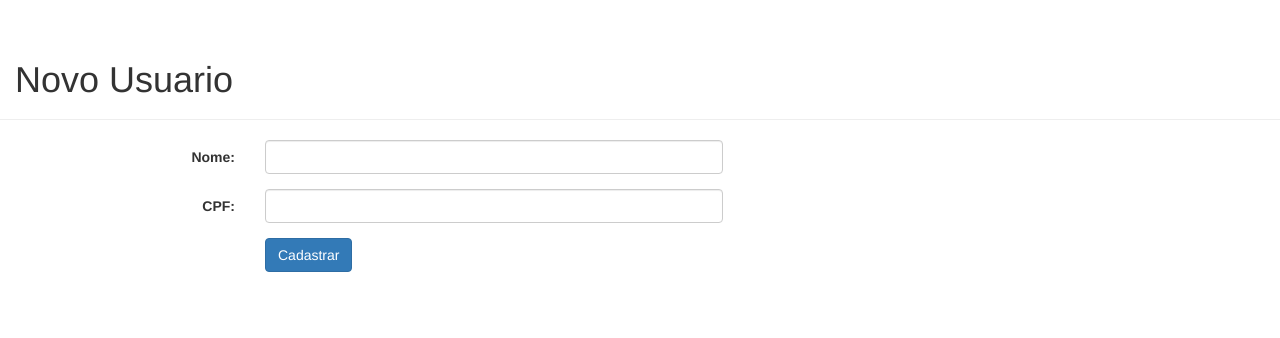
Repository: stefanyco/biblioteca
Page: http://localhost/Biblioteca/usuarioAdicionar.jsp
The author's editor kept a copy of each file at every save. The page is drawn from the files as they stood at one save, then again after the next save.
The browser window is 1280 px wide. The pictures show the whole page.
The page is served by Tomcat 9.

Above is the page before, as saved 2016-11-06 22:07:59.

After the next save:
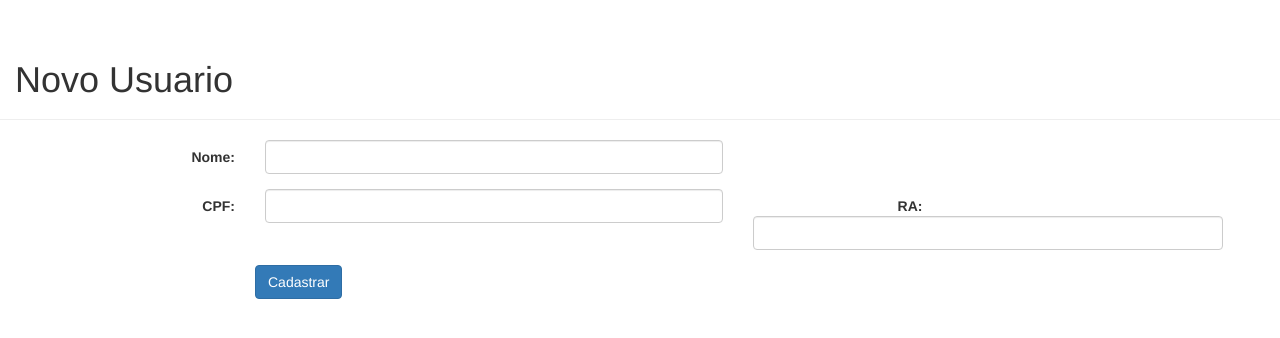
Saved 25 s later.
--- a/Sistema Biblioteca/Biblioteca/WebContent/usuarioAdicionar.jsp
+++ b/Sistema Biblioteca/Biblioteca/WebContent/usuarioAdicionar.jsp
@@ -27,6 +27,11 @@
 						<div class="col-xs-5">
 							<input type="text" class="form-control" name="cpf" required maxlength="50">
 					</div>
+					<div class="form-group">
+						<label for="ra" class="col-xs-2 control-label">RA:</label>
+						<div class="col-xs-5">
+							<input type="text" class="form-control" name="ra" required maxlength="50">
+					</div>
 					</div>
 					<div class="form-group">
 						<div class="col-xs-offset-2 col-xs-10">
